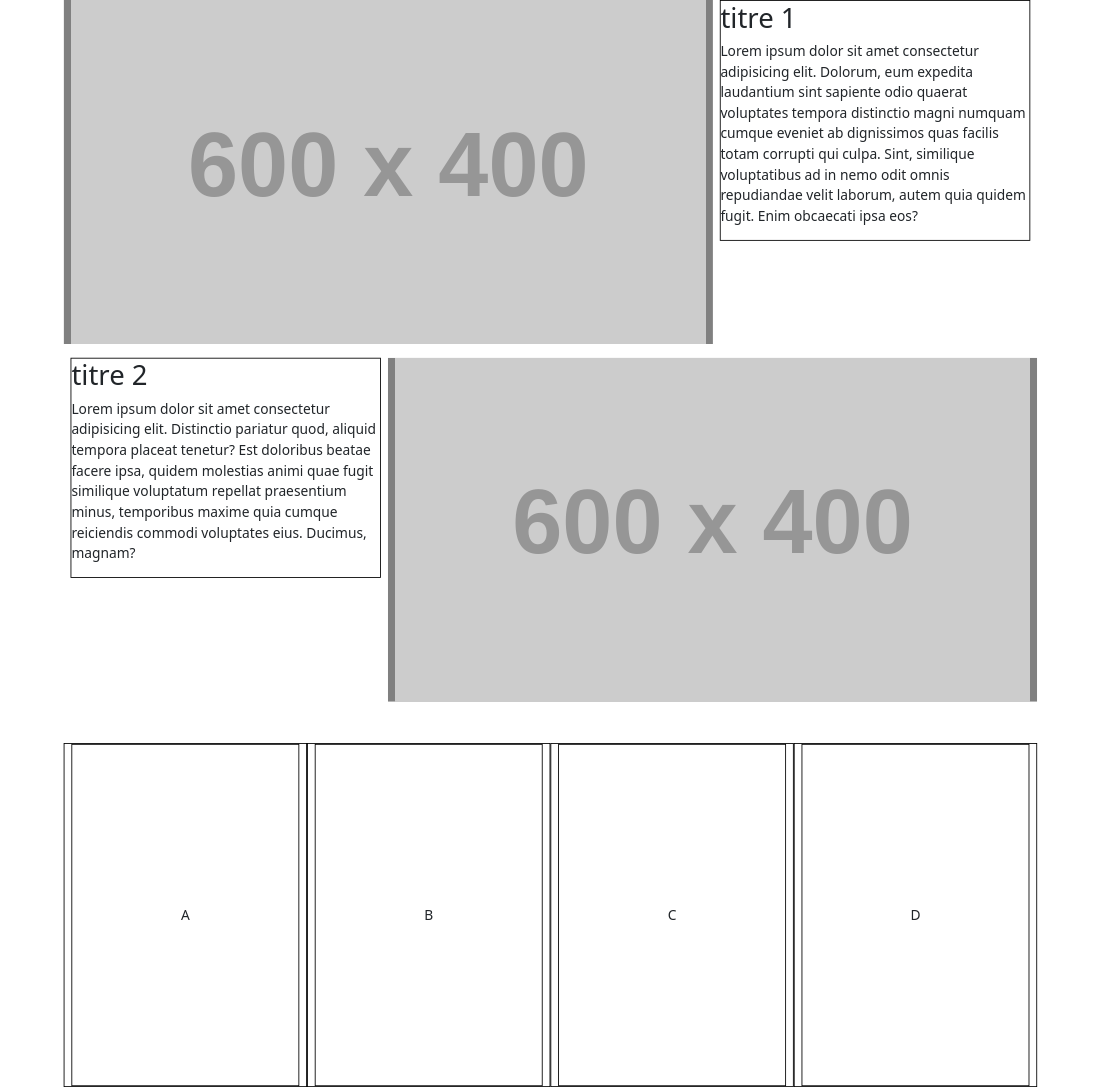
Repository: fbansept/ran4_24
Page: correction-tp.html
The author's editor kept a copy of each file at every save. The page is drawn from the files as they stood at one save, then again after a run of saves.
The browser window is 1280 px wide. The pictures show the whole page, at 86% of full size.

Above is the page before, as saved 2024-10-22 10:00:50.

After the next 4 saves:
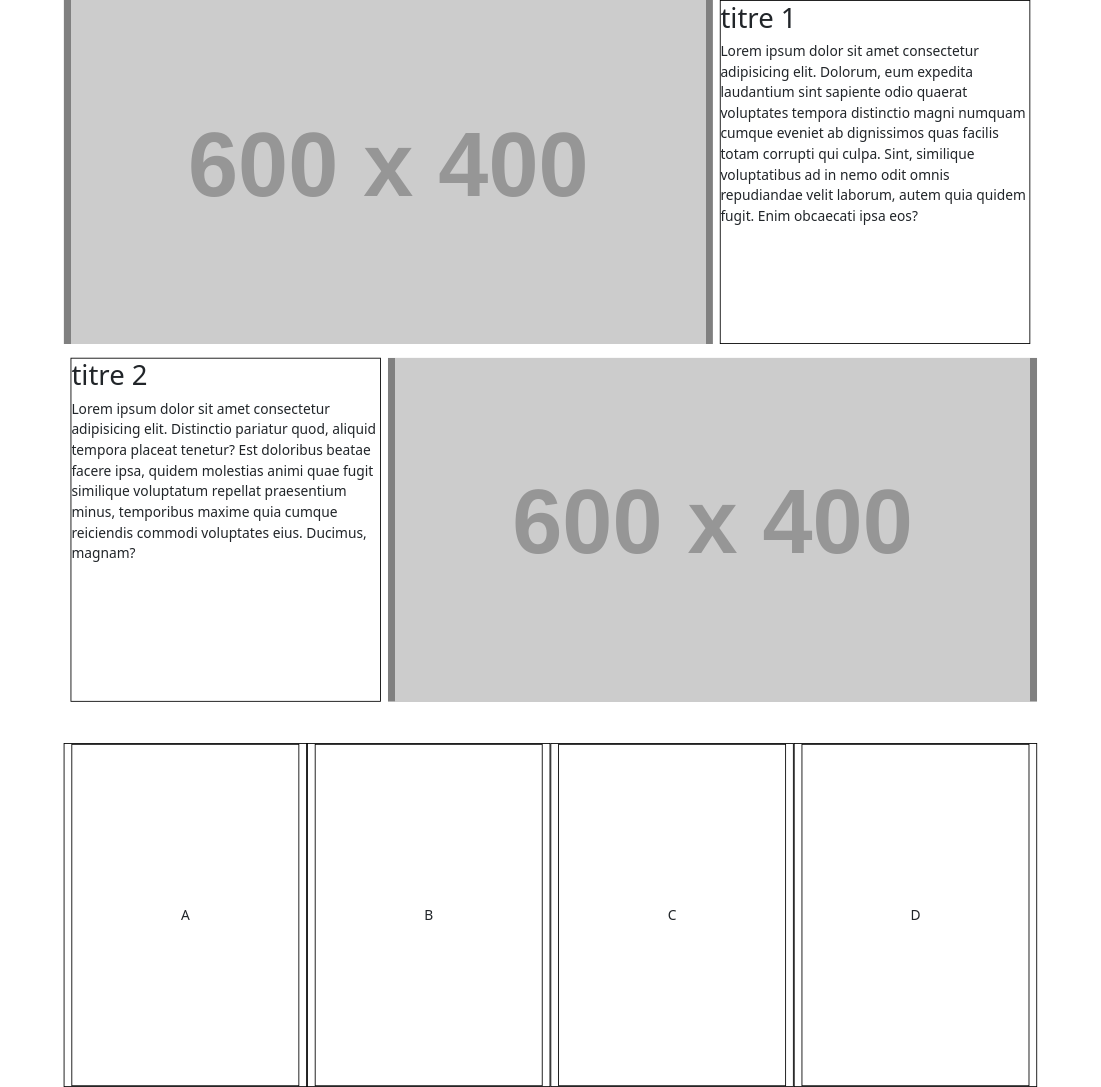
The 4 saves are shown as one change because they came seconds apart.
The last was saved 10 s later.
--- a/style.css
+++ b/style.css
@@ -9,9 +9,8 @@ section > div {
   border: 1px solid black;
 }
 
-section > article > div,
-section > div {
-  border: 1px solid black;
+section > article > div {
+  height: 100%;
 }
 
 section > div > div {
